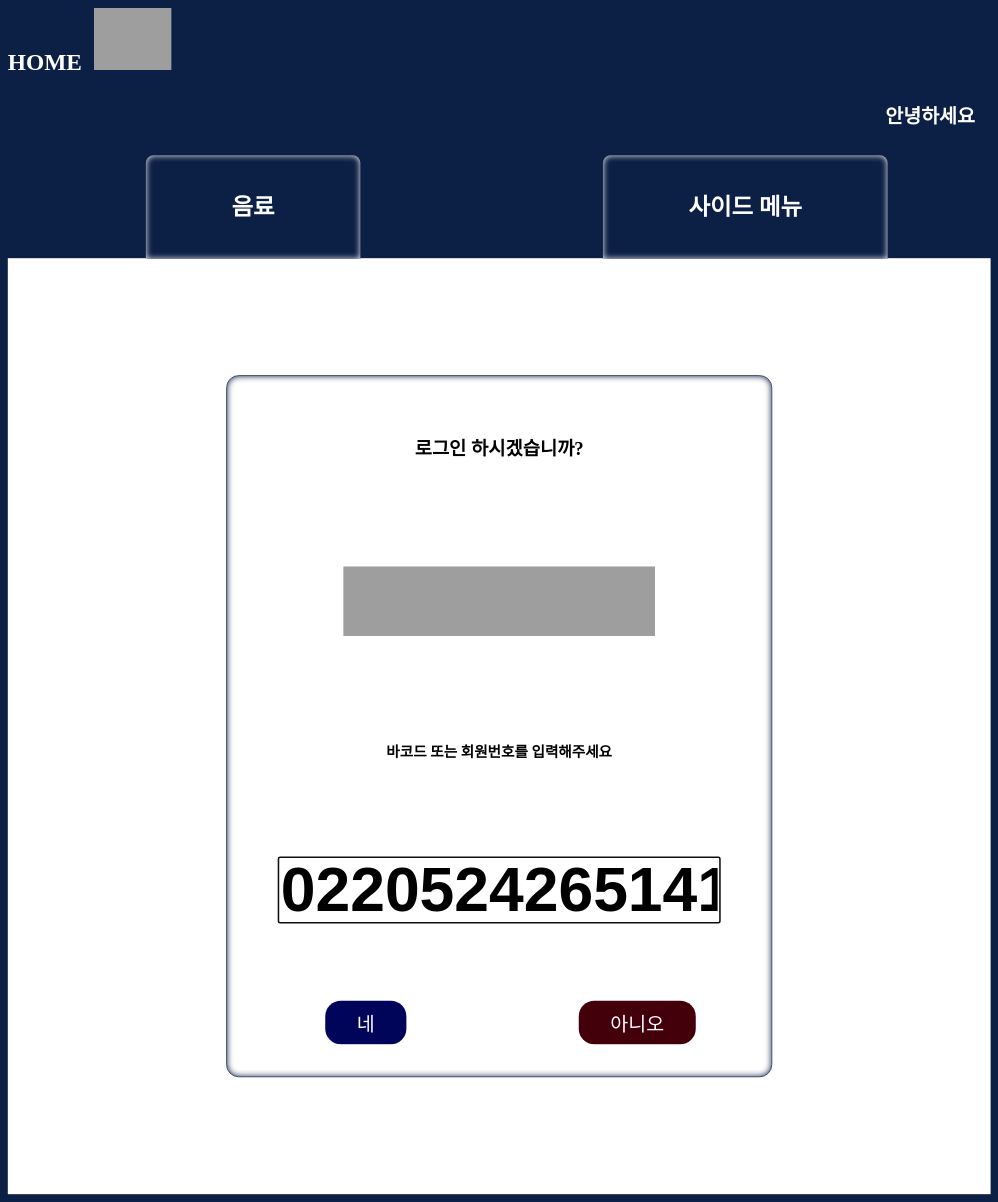
Repository: DevJoeYC/Metabukcs
Page: http://localhost/metabucks/KIOSK/login.jsp
An editor plug-in stored every save of this project. The page is shown before and after the next save, followed by the edit.
The browser window is 1280 px wide. The pictures show the whole page, at 78% of full size.
Pictures or frames that could not be fetched are drawn as grey boxes. The page is served by Tomcat 9. Other server files are loaded and not shown.

Above is the page before, as saved 2022-05-27 05:45:34.

### metabucks/WebContent/KIOSK/login.jsp
<%@ page language="java" contentType="text/html; charset=UTF-8"
    pageEncoding="UTF-8"%>
<%@ include file="includes/head.jsp" %>
<script>
	window.onload = function()
	{
		$("#usernum").focus();
	}

	function DoLogin()
	{
		if($("#usernum").val() == "" || $("#usernum").val() == null)

		{
			alert("회원번호를 입력하세요.");
			$("#usernum").focus();
			return;
		}

		//로그인 처리
		$.ajax({
			type : "post",
			url: "loginok.jsp",
			dataType: "html",
			data:
			{
				usernum: $("#usernum").val()
		    },
			success : function(data)
			{
				data = data.trim();
				if(data == "OK")
				{
					document.location = "drinkmenu.jsp";
				}else
				{
					alert("회원번호가 일치하지 않습니다.");
				}
			}
		});
	}
</script>
<!-- ==================================================================================================================== -->
<tr>
	<td style="background-color:white;padding:150px 0px 150px 0px" colspan=3>
		<form name="login" method="post" action="loginok.jsp" onsubmit="javascript:return false;">
		<table id="login" border="0" height="900" width="700" style="margin : auto; text-align:center">
			<tr>
				<td colspan="2"><h2>로그인 하시겠습니까?</h2></td>
			</tr>
			<tr>
				<td colspan="2"><img src="images/barcode.png" width="400" height="90"></td>
			</tr>
			<tr>
				<td colspan=2><h3>바코드 또는 회원번호를 입력해주세요</h3></td>
			</tr>

			<tr>
				<td colspan=2><input type="text"
									 id="usernum"
									 name="usernum"
									 style="width: 35rem; height: 5rem;font-size: 5rem;font-weight:bold"
									 value="0220524265141">
				</td>
			</tr>

			<tr>
				<td width="350px"><a id="yes" href="javascript:DoLogin();">네</a></td>
				<td><span><a id="no" href="drinkmenu.jsp">아니오</a></span></td>
			</tr>
		</table>
		</form>
	</td>
<!-- ==================================================================================================================== -->
<%@ include file="includes/tail.jsp" %>

### metabucks/WebContent/KIOSK/includes/head.jsp
<%@ page language="java" contentType="text/html; charset=UTF-8"
    pageEncoding="UTF-8"%>
<%@ page import="meta.dto.*" %>
<%@ page import="meta.vo.*" %>
<!DOCTYPE html>

<%
	//session.setMaxInactiveInterval(60*1); //1분후 세션만료(아무 움직임 없을시)
	String id = "";
	accountVO user  = (accountVO) session.getAttribute("accountVO");
	if(user != null)
	{
		id = user.id();
	}
%>
<html>
	<head>

		<title>메타벅스</title>
		<link rel="stylesheet" href="css/kiosk.css"/>
		<script src="js/jquery-3.6.0.js"></script>
	</head>
	<style>

    	</style>
	<body>
		<table border=0  style="width:100%;">
			<tr>
				<td id="bar" colspan="2" style="text-align:left;padding:0px 0px 30px 0px"><a style="color: white;text-decoration:none;" href="index.jsp">HOME &nbsp;<img src="images/CoffeeLogo.png" height="80px" width="100px"></a></td>
			</tr>
			<tr>
				<td id="bar" colspan="2" style="text-align:right; width:100px; height:30px; font-size:25px; padding:0px 20px 30px 0px">
					<%
						if(id == null || id.equals(""))
						{
							%>
								안녕하세요
							<%
						}else
						{
							%>
							( <%= user.name() %> )님 환영합니다 &nbsp;&nbsp;&nbsp;<a id="mypagebtn" href="mypage.jsp">마이페이지</a></td>
							<%
						}
					%>
				</td>
			</tr>
			<tr>
				<td id="bar"  height="130px" width="100px" style="text-align:center"><a id="menu" style="color: white" href="drinkmenu.jsp">음료</a></td>
				<td id="bar" width="130px" style="text-align:center"><a id="menu" style="color: white" href="sidemenu.jsp">사이드 메뉴</a></td>
			</tr>

### metabucks/WebContent/KIOSK/includes/tail.jsp
<%@ page language="java" contentType="text/html; charset=UTF-8"
    pageEncoding="UTF-8"%>
</tr>
		</table>
	</body>
	</html>

### metabucks/WebContent/KIOSK/css/kiosk.css
@charset "UTF-8";

	#indexbar
	{
		font-size:30px
	}
	#abtn
	{
		text-decoration: none;
		background-color: #0C1F45;
		border:dotted;
		color: maroon;
		padding:80px 300px 80px 300px ;
		text-align: center;
		display: inline-block;
		border-radius: 20px 20px 20px 20px;
	}
	#abtn:hover, #abtn:active
	{
		background-color: #471214;
	}

	body
	{
		background-color:#0C1F45;
	}

	#login
	{
		background-color:white;
		border:1px solid #0C1F45;
		border-radius:16px;
		box-shadow:inset 0 0 8px #0C1F45;
	}
	#bar
	{
		background-color:#0C1F45;
		color:white;
		font-size:30px;
		font-weight:bold;
	}
	#menu
	{
		background-color: #0C1F45;
		text-decoration: none;
		padding: 50px 110px;
		border-radius: 10px 10px 0px 0px;
		box-shadow:inset 0 0 8px white;
		font-weight:bold;
	}
	#menu:hover
	{
		background-color: #471214;
	}
	#yes
	{
		text-decoration: none;
		background-color: #00055A;
		color: white;
		padding: 10px 40px;
		text-align: center;
		display: inline-block;
		border-radius: 20px 20px 20px 20px;
		font-size:25px;
	}
	#no
	{
		text-decoration: none;
		background-color: #44000A;
		color: white;
		padding: 10px 40px;
		text-align: center;
		display: inline-block;
		border-radius: 20px 20px 20px 20px;
		font-size:25px;
	}

	#optbtn
	{
		background-Color:#0C1F45;
		font:12px;
		font-weight:bold;
		color:white;
		border-radius: 10px 10px 10px 10px;
		font-size:20px;
	}
	#optbtn:hover
	{
		background-Color:#085820;
	}
	#optbtn:visited
	{
		background-Color:#085820;
	}
	#mypagebtn
	{
		text-decoration: none;
		background-color: white;
		color:black;
		padding: 10px 20px;
		display: inline-block;
		border-radius: 20px 20px 20px 20px;
		font-weight:bold;
		font-size:15px
	}

	#orderbtn
	{
		text-decoration: none;
		background-color: white;
		color: black;
		padding: 30px 190px;
		display: inline-block;
		border-radius: 10px 10px 10px 10px;;
		font-weight:bold;
		font-size:30px
	}
	#cancelbtn
	{
		text-decoration: none;
		background-color: #660010;
		color: white;
		padding: 60px 100px;
		display: inline-block;
		border-radius: 10px 10px 10px 10px;;
		font-weight:bold;
		font-size:30px;
	}

Loaded but not shown: metabucks/WebContent/KIOSK/js/jquery-3.6.0.js (library)

After the next save:
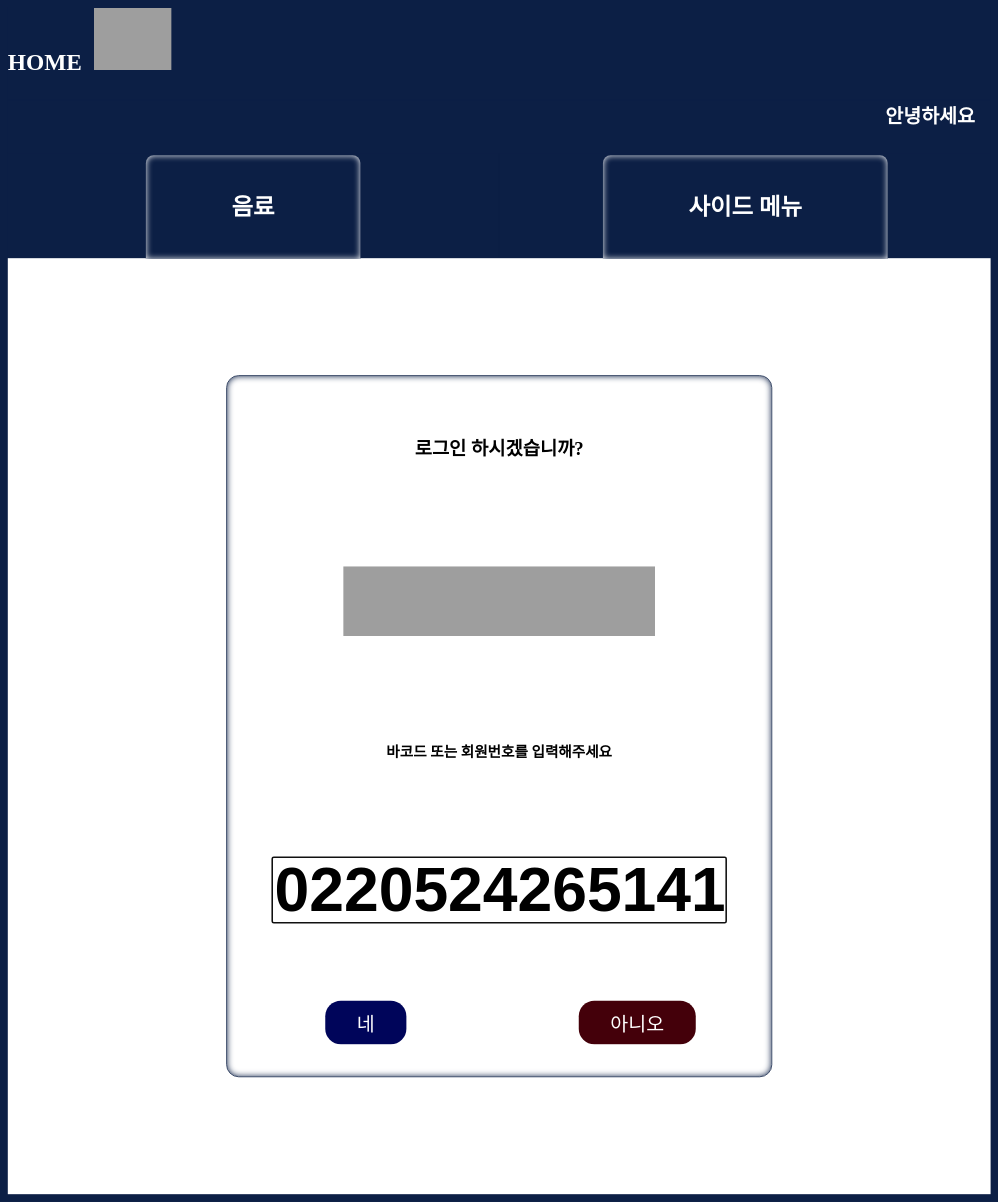
Saved 7 s later.
--- a/metabucks/WebContent/KIOSK/login.jsp
+++ b/metabucks/WebContent/KIOSK/login.jsp
@@ -59,7 +59,7 @@
 				<td colspan=2><input type="text"
 									 id="usernum"
 									 name="usernum"
-									 style="width: 35rem; height: 5rem;font-size: 5rem;font-weight:bold"
+									 style="width: 36rem; height: 5rem;font-size: 5rem;font-weight:bold"
 									 value="0220524265141">
 				</td>
 			</tr>
